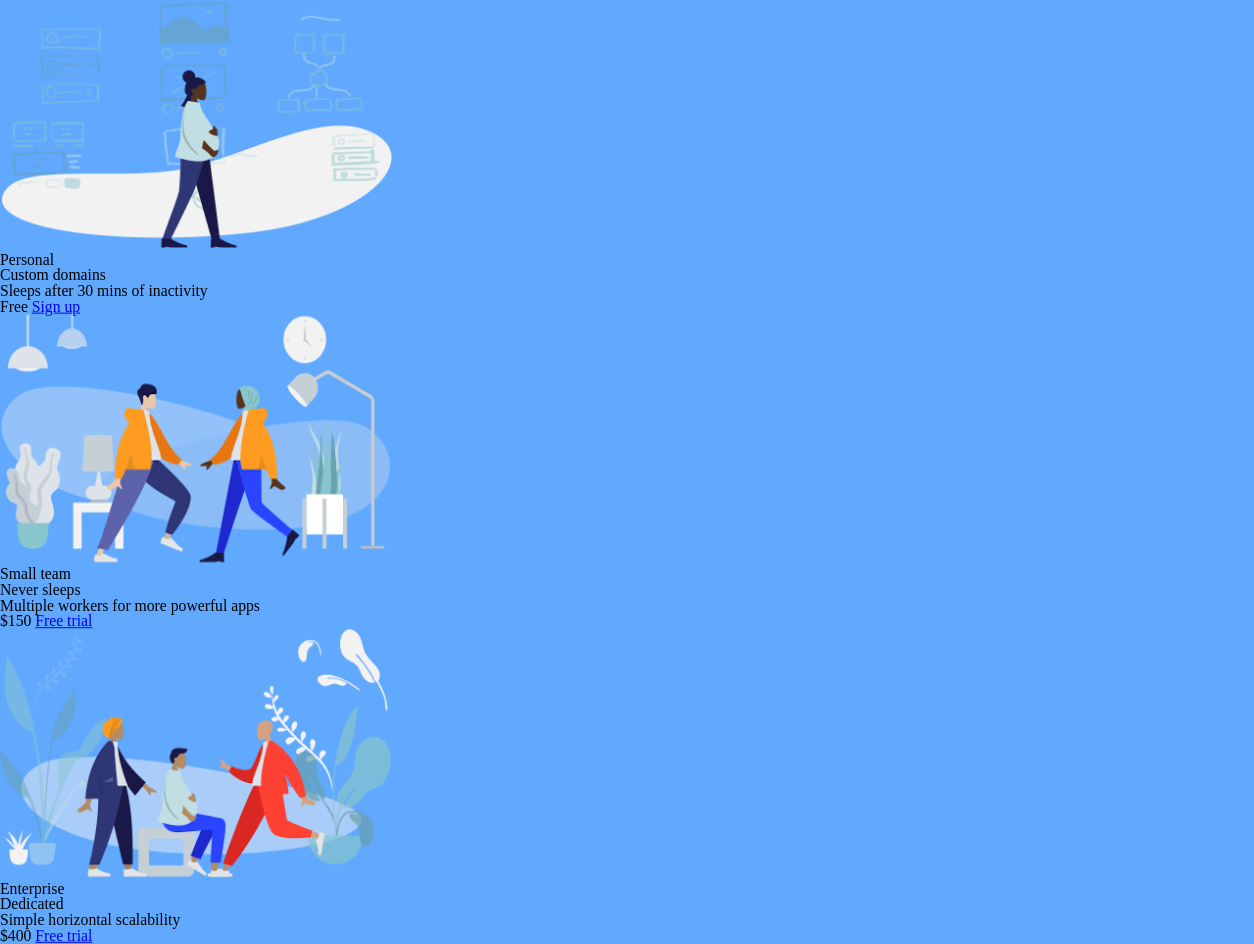
Repository: zhFIsHappy/UdemyFullStack
Page: PriceTable/index.html
An editor plug-in stored every save of this project. The page is shown before and after the next save, followed by the edit.
The browser window is 1280 px wide. The pictures show the whole page, at 98% of full size.

Above is the page before, as saved 2022-03-26 19:29:10.

### PriceTable/index.html
<!DOCTYPE html>
<html lang="en">

<head>
    <meta charset="UTF-8">
    <meta name="viewport" content="width=device-width, initial-scale=1.0">
    <title>Price Tiers</title>
    <link rel="stylesheet" href="https://fonts.googleapis.com/css?family=Open+Sans:400,600,700">
    <link rel="stylesheet" href="app.css">
</head>

<body>
    <div class="panel pricing-table">

        <div class="pricing-plan">
            <img src="icons/icon1.png" alt="" class="pricing-img">
            <h2 class="pricing-header">Personal</h2>
            <ul class="pricing-features">
                <li class="pricing-features-item">Custom domains</li>
                <li class="pricing-features-item">Sleeps after 30 mins of inactivity</li>
            </ul>
            <span class="pricing-price">Free</span>
            <a href="#/" class="pricing-button">Sign up</a>
        </div>

        <div class="pricing-plan">
            <img src="icons/icon2.png" alt="" class="pricing-img">
            <h2 class="pricing-header">Small team</h2>
            <ul class="pricing-features">
                <li class="pricing-features-item">Never sleeps</li>
                <li class="pricing-features-item">Multiple workers for more powerful apps</li>
            </ul>
            <span class="pricing-price">$150</span>
            <a href="#/" class="pricing-button is-featured">Free trial</a>
        </div>

        <div class="pricing-plan">
            <img src="icons/icon3.png" alt="" class="pricing-img">
            <h2 class="pricing-header">Enterprise</h2>
            <ul class="pricing-features">
                <li class="pricing-features-item">Dedicated</li>
                <li class="pricing-features-item">Simple horizontal scalability</li>
            </ul>
            <span class="pricing-price">$400</span>
            <a href="#/" class="pricing-button">Free trial</a>
        </div>

    </div>

</body>

</html>

### PriceTable/app.css
/* http://meyerweb.com/eric/tools/css/reset/
   v2.0 | 20110126
   License: none (public domain)
*/

html, body, div, span, applet, object, iframe,
h1, h2, h3, h4, h5, h6, p, blockquote, pre,
a, abbr, acronym, address, big, cite, code,
del, dfn, em, img, ins, kbd, q, s, samp,
small, strike, strong, sub, sup, tt, var,
b, u, i, center,
dl, dt, dd, ol, ul, li,
fieldset, form, label, legend,
table, caption, tbody, tfoot, thead, tr, th, td,
article, aside, canvas, details, embed,
figure, figcaption, footer, header, hgroup,
menu, nav, output, ruby, section, summary,
time, mark, audio, video {
	margin: 0;
	padding: 0;
	border: 0;
	font-size: 100%;
	font: inherit;
	vertical-align: baseline;
}
/* HTML5 display-role reset for older browsers */
article, aside, details, figcaption, figure,
footer, header, hgroup, menu, nav, section {
	display: block;
}
body {
	line-height: 1;
}
ol, ul {
	list-style: none;
}
blockquote, q {
	quotes: none;
}
blockquote:before, blockquote:after,
q:before, q:after {
	content: '';
	content: none;
}
table {
	border-collapse: collapse;
	border-spacing: 0;
}
html-family{
    font-family: 'Open Sans', sans-serif;
}
body{
    background-color: #60a9ff;

}

After the next save:
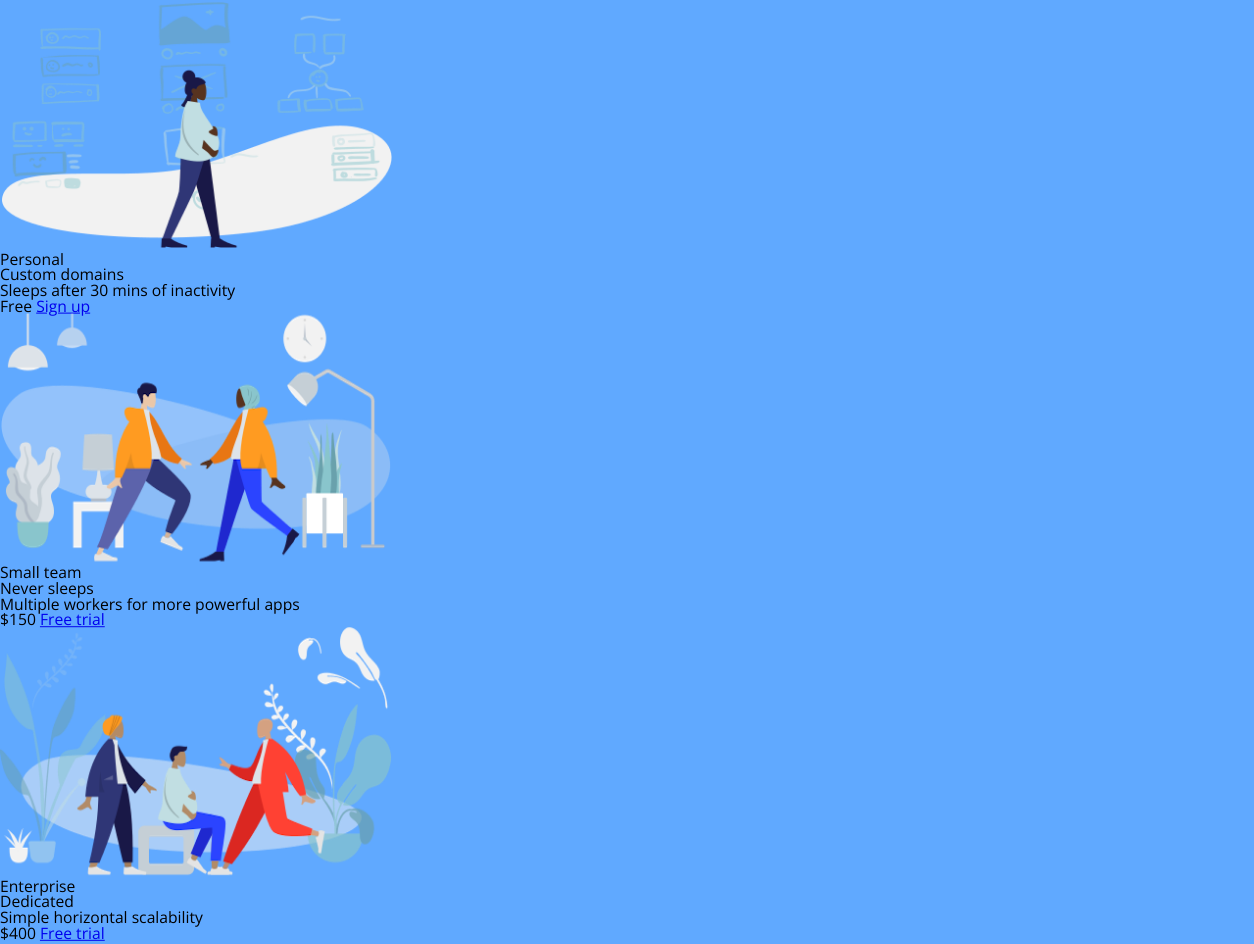
Saved 18 s later.
--- a/PriceTable/app.css
+++ b/PriceTable/app.css
@@ -46,7 +46,7 @@ table {
 	border-collapse: collapse;
 	border-spacing: 0;
 }
-html-family{
+html{
     font-family: 'Open Sans', sans-serif;
 }
 body{
